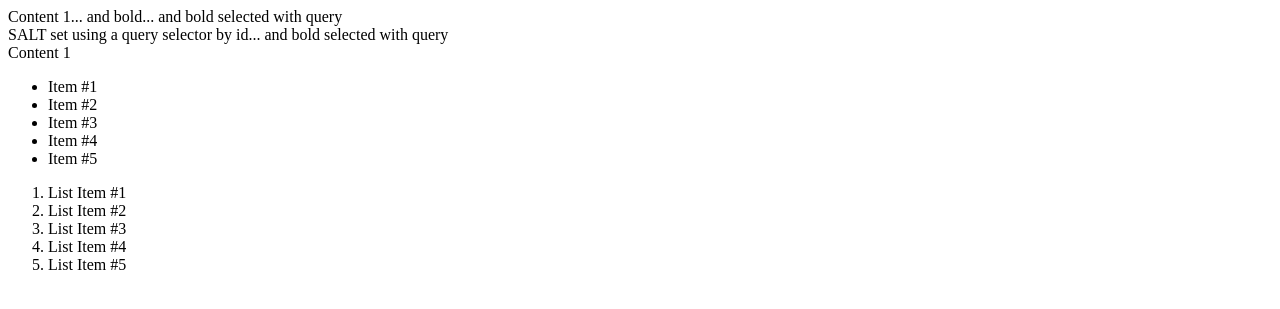
Repository: sammkrt/saltPrecourse
Page: jsDom-trainingGround/index.html
An editor plug-in stored every save of this project. The page is shown before and after the next save, followed by the edit.
The browser window is 1280 px wide. The pictures show the whole page.

Above is the page before, as saved 2022-12-23 21:39:56.

After the next save:
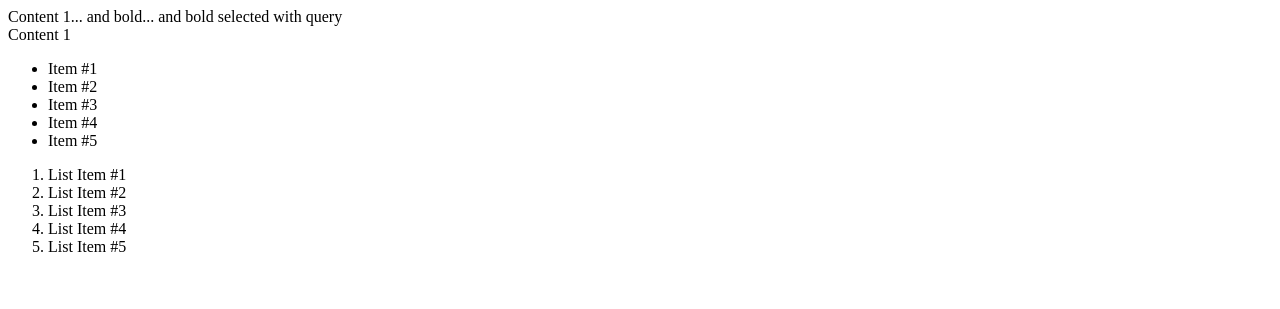
Saved 22 s later.
--- a/jsDom-trainingGround/index.html
+++ b/jsDom-trainingGround/index.html
@@ -74,7 +74,7 @@
     <script>
         AddListInMain(5);
         AddListInMain2(5);
-
+        removeDivByID('companyName');
     </script>
 </body>
 </html>

After the 2 saves that followed:
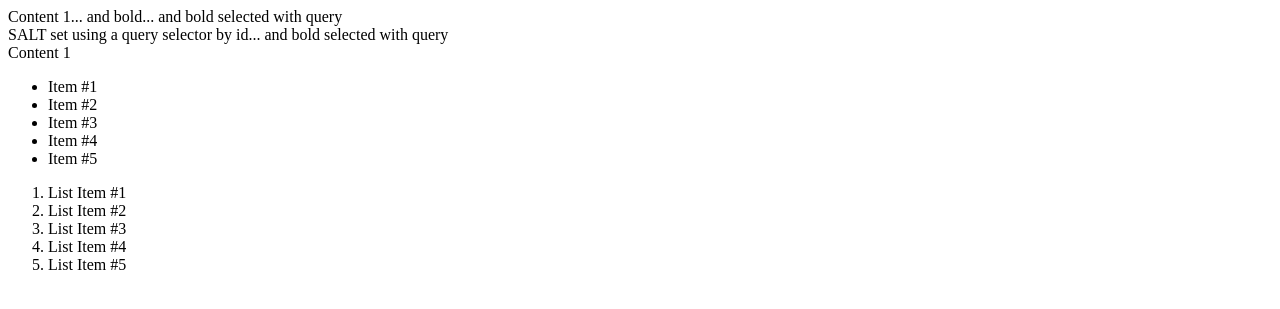
The 2 saves are shown as one change because 1 left the picture as it was.
The last was saved 2 min 13 s later.
--- a/jsDom-trainingGround/index.html
+++ b/jsDom-trainingGround/index.html
@@ -37,6 +37,13 @@
             if (divToRemove != undefined) {
                 divToRemove.remove();
             }
+
+        function removeDivByID2(id) {
+            const div = document.getElementById(id);
+            if (div) {
+                div.parentNode.removeChild(div);
+            }
+        }
         }
     </script>
 </head>
@@ -74,7 +81,7 @@
     <script>
         AddListInMain(5);
         AddListInMain2(5);
-        removeDivByID('companyName');
+        //removeDivByID('companyName');
     </script>
 </body>
 </html>
